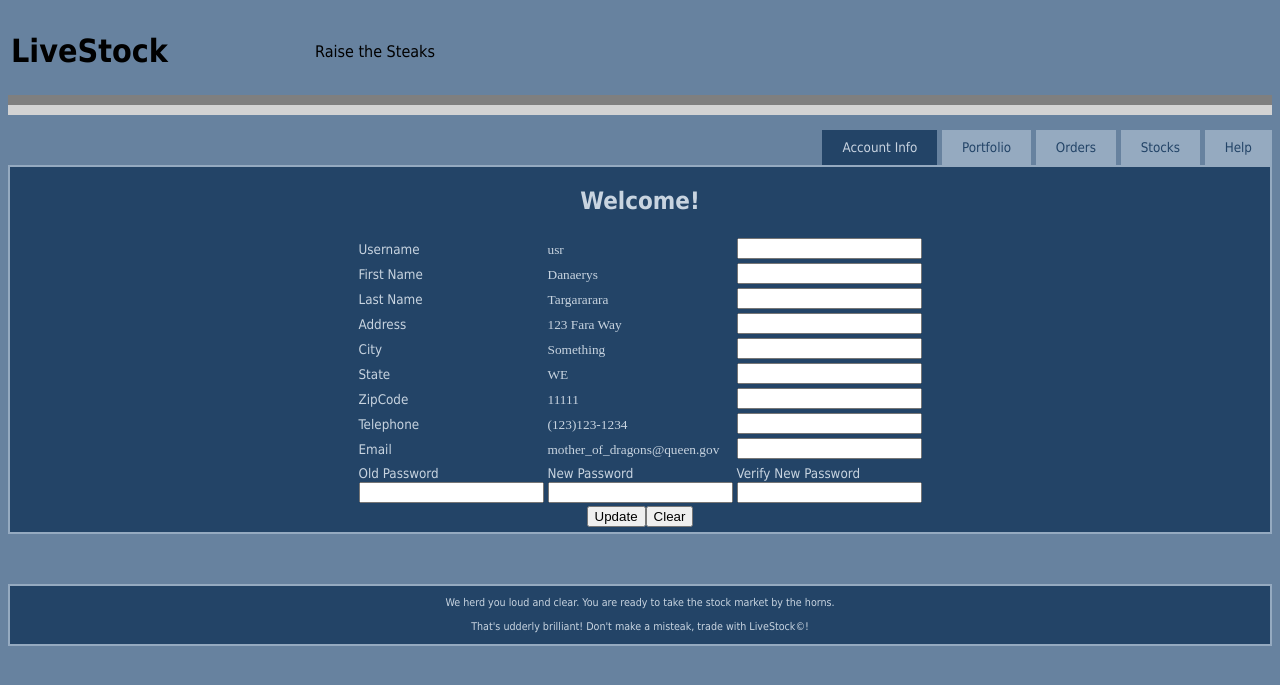
Repository: yastapova/live-stock
Page: LiveStockSite/WebContent/WEB-INF/cust_acc_info.html
The author's editor kept a copy of each file at every save. The page is drawn from the files as they stood at one save, then again after the next save.
The browser window is 1280 px wide. The pictures show the whole page.

Above is the page before, as saved 2016-04-19 23:39:31.

### LiveStockSite/WebContent/WEB-INF/cust_acc_info.html
<!DOCTYPE html>
<html>
<head>
	<meta charset="ISO-8859-1">
	<title>LiveStock Trading | Customer Account</title>
	<link rel="stylesheet" href="gen.css" />
</head>
<body>
	<div class="header">
	<table>
		<tr>
			<td width='300px'><h1>LiveStock</h1></td>
			<td width='300px'><p>Raise the Steaks</p></td>
		</tr>
	</table>
	</div>
	<div class="menu" align="right">
	<a href="cust_acc_info.html" class="active">Account Info</a>
	<a href="cust_portfolio.html">Portfolio</a>
	<a href="cust_orders.html">Orders</a>
	<a href="cust_stocks.html">Stocks</a>
	<a href="cust_help.html">Help</a>
	</div>
	<div class="body" align="center">
		<h2>Welcome!</h2>
		<form>
		<table>
			<tr>
				<td><span class="formlabel">Username</span></td>
				<td><span class="accinfo">usr</span></td>
				<td><input id="usrn" name="username" type="text" /></td>
			</tr>
			<tr>
				<td><span class="formlabel">First Name</span></td>
				<td><span class="accinfo">Danaerys</span></td>
				<td><input id="fname" name="first_name" type="text" /></td>
			</tr>
			<tr>
				<td><span class="formlabel">Last Name</span></td>
				<td><span class="accinfo">Targararara</span></td>
				<td><input id="lname" name="last_name" type="text" /></td>
			</tr>
			<tr>
				<td><span class="formlabel">Address</span></td>
				<td><span class="accinfo">123 Fara Way</span></td>
				<td><input id="addr" name="address" type="text" /></td>
			</tr>
			<tr>
				<td><span class="formlabel">City</span></td>
				<td><span class="accinfo">Something</span></td>
				<td><input id="city" name="city" type="text" /></td>
			</tr>
			<tr>
				<td><span class="formlabel">State</span></td>
				<td><span class="accinfo">WE</span></td>
				<td><input id="state" name="state" type="text" /></td>
			</tr>
			<tr>
				<td><span class="formlabel">ZipCode</span></td>
				<td><span class="accinfo">11111</span></td>
				<td><input id="zip" name="zipcode" type="text" /></td>
			</tr>
			<tr>
				<td><span class="formlabel">Telephone</span></td>
				<td><span class="accinfo">(123)123-1234</span></td>
				<td><input id="phone" name="phone" type="text" /></td>
			</tr>
			<tr>
				<td><span class="formlabel">Email</span></td>
				<td><span class="accinfo">mother_of_dragons@queen.gov</span></td>
				<td><input id="email" name="email" type="text" /></td>
			</tr>
			<tr>
				<td><span class="formlabel">Old Password</span><br />
				<input id="pw" name="password" type="password" /></td>
				<td><span class="formlabel">New Password</span><br />
				<input id="pw1" name="password1" type="password" /></td>
				<td><span class="formlabel">Verify New Password</span><br />
				<input id="pw2" name="password2" type="password" /></td>
			</tr>
		</table>
		<input type="submit" value="Update" /><input type="reset" value="Clear" />
		</form>
	</div>

	<div class="footer">
	<p>We herd you loud and clear. You are ready to take the stock market by the horns.</p>
	<p>That's udderly brilliant! Don't make a misteak, trade with LiveStock&copy;!</p>
	</div>
</body>
</html>

### LiveStockSite/WebContent/WEB-INF/gen.css
@CHARSET "ISO-8859-1";

body {
	background-color: #67829F;
	font-family: Tahoma;
}
a {
	font-size: 10pt;
}
.body a:link {
	color: #D6C9E2;
}
.body a:visited {
	color: #896AA4;
}
.body a:hover {
	color: #D6C9E2;
}
.formlabel {
	font-size: 10pt;
}
.accinfo {
	font-size: 10pt;
	font-family: "Times New Roman";
}
.header {
	border-bottom-style: groove;
	border-bottom-width: 20px;
	border-bottom-color: lightgrey;
	margin-bottom: 15px;
}
.body {
	padding-left: 5px;
	padding-right: 5px;
	padding-bottom: 5px;
	background-color: #234467;
	border-style: solid;
	border-width: 2px;
	border-color: #95AAC0;
	color: #C8D4E0;
}
.footer {
	text-align: center;
	margin-top: 50px;
	padding-left: 5px;
	padding-right: 5px;
	background-color: #234467;
	border-style: solid;
	border-width: 2px;
	border-color: #95AAC0;
	color: #C8D4E0;
}
.footer p {
	font-size: 8pt;
}
.menu a, a:visited {
	background-color: #95AAC0;
	color: #234467;
	padding: 10px 20px;
	text-align: center;
	text-decoration: none;
	display: inline-block;
}
.menu a:hover {
	background-color: #234467;
	color: #C8D3E0;
}
.menu a.active {
	background-color: #234467;
	color: #C8D3E0;
}

After the next save:
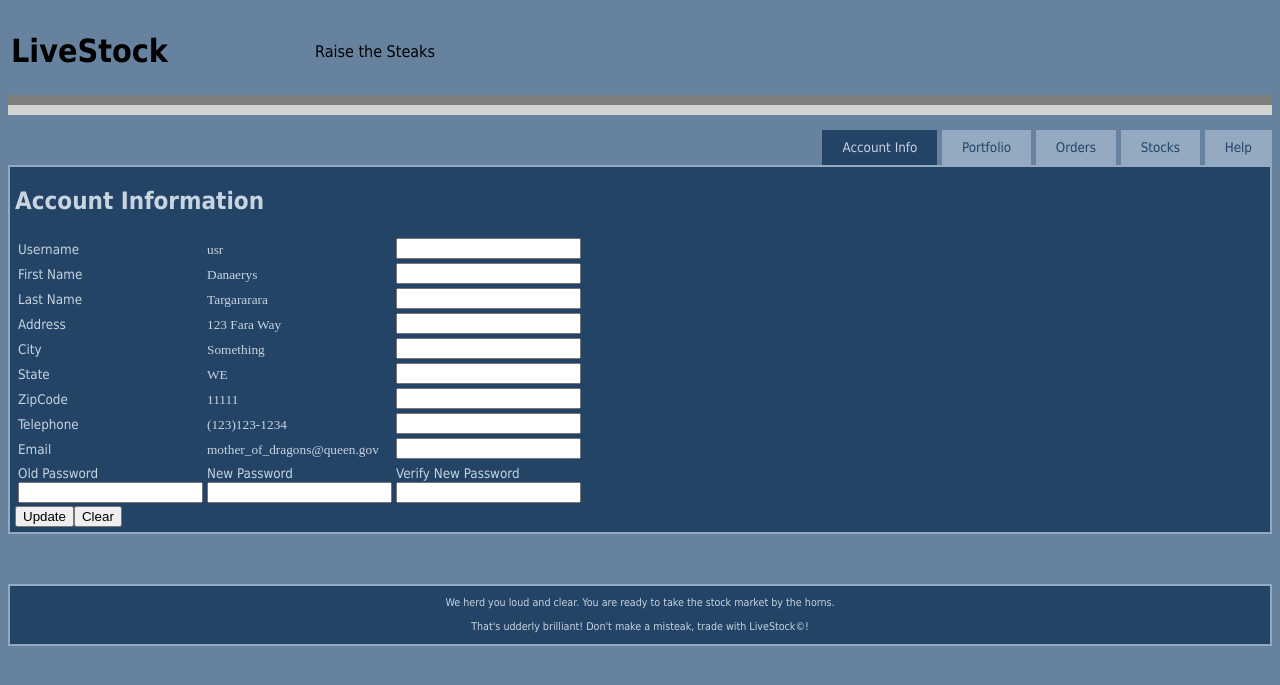
Saved 38 s later.
--- a/LiveStockSite/WebContent/WEB-INF/cust_acc_info.html
+++ b/LiveStockSite/WebContent/WEB-INF/cust_acc_info.html
@@ -21,8 +21,8 @@
 	<a href="cust_stocks.html">Stocks</a>
 	<a href="cust_help.html">Help</a>
 	</div>
-	<div class="body" align="center">
-		<h2>Welcome!</h2>
+	<div class="body" align="left">
+		<h2>Account Information</h2>
 		<form>
 		<table>
 			<tr>
